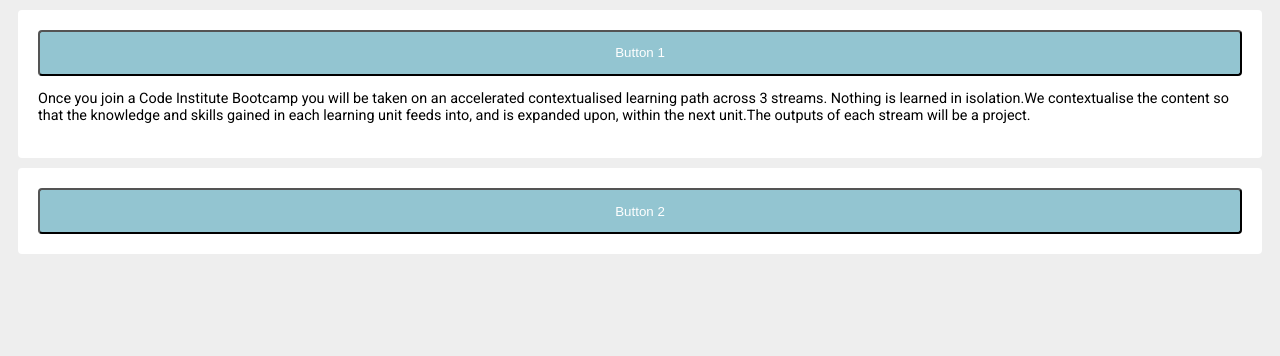
Repository: nitr-am/excersices-using-Jquery
Page: button.html
The author's editor kept a record of every edit. The page is drawn from the files as they stood at one moment, then again after the next edit.
The browser window is 1280 px wide. The pictures show the whole page.
After loading, the first visible `#button_unique2` was clicked once.
Some web libraries are served in a nearby version.

Above is the page before.

### button.html
<!doctype html>
<html lang="en">
<head>
	<meta charset="utf-8">
	<meta name="viewport" content="width=device-width, initial-scale=1">
	<title>jQuery</title>
	<link href="style.css" rel="stylesheet">
	<link href="https://fonts.googleapis.com/css?family=Roboto&display=swap" rel="stylesheet"><link href="https://fonts.googleapis.com/css?family=Dosis|Roboto&display=swap" rel="stylesheet">
</head>
<body>
	<div class="container">
		<div class='card'>
			<button id='button_unique'  class="bottom_button makeRed">Button 1</button>
			<p id='para1' class="card_para">Once you join a Code Institute Bootcamp you will be taken on an accelerated contextualised learning path across 3 streams. Nothing is learned in isolation.We contextualise the content so that the knowledge and skills gained in each learning unit feeds into, and is expanded upon, within the next unit.The outputs of each stream will be a project. </p>
		</div>
	</div>
	<div class="container">
		<div class='card'>
			<button id='button_unique2'  class="bottom_button makeRed">Button 2</button>
			<p id='para12' class="card_para">Lorem ipsum dolor sit amet, consectetur adipisicing elit. Eum natus ut saepe impedit, aut enim, mollitia quam reiciendis, voluptate sint magni suscipit exercitationem voluptatem minus animi placeat at inventore excepturi illum! Nulla, magnam tenetur fugiat quisquam reiciendis, nesciunt non impedit id totam, dignissimos sint debitis amet numquam maxime itaque quaerat!</p>
		</div>
	</div>
	<script src="https://code.jquery.com/jquery-3.2.1.js"
	integrity="sha256-DZAnKJ/6XZ9si04Hgrsxu/8s717jcIzLy3oi35EouyE="
	crossorigin="anonymous"></script>
	<script src="script.js"></script> <!-- Scripts located at the bottom of the body to insure page is fully loaded before execution -->

</body>
</html>

### style.css
body{
	font-family: 'Roboto', sans-serif;
	/*background-image: url(img/code-institute.jpg);
 	background-size: cover;
 	color: #ffffff;*/
 	background-color: #eee;
}

.bg_color {
	background-color: #000;
}

h1{
	font-size: 3em;
	text-align: center;
}
h2{
	font-size: 1em;
	text-align: left;
}
p{
	font-size: .9rem;
}

div{
	border-radius: 4px;
}

.card_image{
	width: 100%;
}
.bottom_button{
	display: flex;
	box-sizing:border-box;
	border-radius: 4px;
	display: block;
	width: 100%;
	background-color:rgba(129, 187, 201,.85);
	text-align: center;
	padding: 1em .75em;
	text-decoration: none;
	color: #fff;

}

.card_bottom{
	display: flex;
	flex-flow:column;
}
.card_head{
	flex:0;
}
.card_para{
	flex:1 0 auto;
}

#container
{
	display: flex;		/* makes container a flexbox*/
	flex-flow: row wrap; 	/* layout the boxes in rows and wrap them*/
	box-sizing:border-box;
	margin-right:auto;
	margin-left:auto;
	max-width:1050px;
}
#logo{
	width: 800px;
	margin: auto;
}

.card{
	flex:1; /* */
	display: flex;	/* make the contents controllable by flexbox*/
	flex-flow:column;	/* */
	min-width: 240px; /**/
	margin: 10px;
	padding: 20px;
	background-color: #fff;
}
.highlight_stream{
	background-color: #EB5255;
}

.highlight_text {
	color: blue;
}

.h2_color {
	background-color: lightblue;
}

.h2_size {
	font-size: 2em;
}

#my_footer{
	width:100%;
	text-align: center;
}
#copyright{
	margin-top:10px;
	margin-bottom:10px;

}

/*************************
Navigation

**************************/

nav{
	font-family: roboto;
	background-color: #eee;
	margin: 30px auto;
	width: 100%;
}
ul{
	display: flex;
	justify-content:space-between;
	flex-flow: row;
	/*flex-flow: row-reverse;*/
	/*justify-content:flex-end;*/
	/*justify-content:space-around;*/
	/*align-items:flex-start;*/
	align-items:baseline;
	border-radius: 10px;
	list-style-type: none; /*Remove Bullets*/
	padding: 0;
}
li{
	flex:1;
	height: 30px;
	/*width:10%;*/
	/*border:2px solid #000;*/
	/*background-color: #81BBC9;*/
	/*border-radius: 10px;*/
	font-family: Dosis;
	padding:20px 20px 20px 20px;
	text-align: center;
	font-size: 1.3em;
}

#logoNav{
	flex:6;
	text-align: left;
	font-size: 2em;
	font-weight: bold;
}

.underline{
  text-decoration:underline;
}
.border{
  border: solid 5px #ccc;
}


@media screen and (max-width: 700px){
	ul{
		flex-flow: column;
		align-items:center;
	}
	li{
		font-size: 2em;
	}
}

### script.js
$(document).ready(function() {

    $('p').click(function() {
        $('p').addClass('get_red')
    })
    $('h2').hover(function() {
        $('h2').addClass('bg_lightblue')
    })

    // Para que crezca el tamaño de la letra de solo el h2 que estoy tocando.
    // Se queda grande y no se vuelve a reducir su tamaño
    $('h2').hover(function(){
        $(this).addClass('h2_size');
    });

    // Now this willl change de bg_color to black when mouse enter,
    // and will add a new class when mouse leave, bg will turn grey.
    $('img').mouseover(function() {
        $('body').addClass('bg_color')
    })
    $('img').mouseleave(function() {
        $('body').addClass('bg_grey')
    })

    // This is for the "button.html"
    $('#button_unique').click(function() {
        $('#para1').slideToggle('slow', );
    })

    // Para que el boton cambie su transparencia. 0.5 y 1 son grados de transparencia.
    $('#button_unique').mouseenter(function() {
        $(this).fadeTo(2000,0.5);
    })
    $('#button_unique').mouseleave(function() {
        $(this).fadeTo(2000,1);
    })

    $('#button_unique2').click(function() {
        $('#para12').hide();
    })

    ////////////////// Para que cambe el bg color del h2
	$("h2").mouseenter(function(){
        $(this).addClass("h2_bg_color");
    });
	$("h2").mouseleave(function(){
        $(this).removeClass("h2_bg_color");
    });



 	$("#stream1_btn").on("click", function() {
 		$(".stream1").removeClass('highlight_stream');
		$(".stream2").removeClass('highlight_stream');
		$(".stream3").removeClass('highlight_stream');
	  	$(".stream1").addClass('highlight_stream');
	});
	$("#stream2_btn").on("click", function() {
		$(".stream1").removeClass('highlight_stream');
		$(".stream2").removeClass('highlight_stream');
		$(".stream3").removeClass('highlight_stream');
	  	$(".stream2").addClass('highlight_stream');
	});
	$("#stream3_btn").on("click", function() {
		$(".stream1").removeClass('highlight_stream');
		$(".stream2").removeClass('highlight_stream');
		$(".stream3").removeClass('highlight_stream');
	  	$(".stream3").addClass('highlight_stream');
	});
	$("ul").css("border", "5px solid red");
	$("ul li").css("color", "red");

/* ----------> Este es para cambiar el color del texto.
	$("p").click(function(){
      $("p").addClass("highlight_text");
    });
*/


/* -----------------> To change the size of the h2 when hovered
    $("#sz_html").hover(function() {
    	$("#sz_html").removeClass("h2_size");
    	$("#sz_mysql").removeClass("h2_size");
    	$("#sz_python").removeClass("h2_size");
    	$("#sz_jquery").removeClass("h2_size");
    	$("#sz_django").removeClass("h2_size");
    	$("#sz_css").removeClass("h2_size");
    	$("#sz_html").addClass("h2_size");
    });
    $("#sz_mysql").hover(function() {
    	$("#sz_html").removeClass("h2_size");
    	$("#sz_mysql").removeClass("h2_size");
    	$("#sz_python").removeClass("h2_size");
    	$("#sz_jquery").removeClass("h2_size");
    	$("#sz_django").removeClass("h2_size");
    	$("#sz_css").removeClass("h2_size");
    	$("#sz_mysql").addClass("h2_size");
    });
    $("#sz_python").hover(function() {
    	$("#sz_html").removeClass("h2_size");
    	$("#sz_mysql").removeClass("h2_size");
    	$("#sz_python").removeClass("h2_size");
    	$("#sz_jquery").removeClass("h2_size");
    	$("#sz_django").removeClass("h2_size");
    	$("#sz_css").removeClass("h2_size");
    	$("#sz_python").addClass("h2_size");
    });
    $("#sz_jquery").hover(function() {
    	$("#sz_html").removeClass("h2_size");
    	$("#sz_mysql").removeClass("h2_size");
    	$("#sz_python").removeClass("h2_size");
    	$("#sz_jquery").removeClass("h2_size");
    	$("#sz_django").removeClass("h2_size");
    	$("#sz_css").removeClass("h2_size");
    	$("#sz_jquery").addClass("h2_size");
    });
    $("#sz_django").hover(function() {
    	$("#sz_html").removeClass("h2_size");
    	$("#sz_mysql").removeClass("h2_size");
    	$("#sz_python").removeClass("h2_size");
    	$("#sz_jquery").removeClass("h2_size");
    	$("#sz_django").removeClass("h2_size");
    	$("#sz_css").removeClass("h2_size");
    	$("#sz_django").addClass("h2_size");
    });
    $("#sz_css").hover(function() {
    	$("#sz_html").removeClass("h2_size");
    	$("#sz_mysql").removeClass("h2_size");
    	$("#sz_python").removeClass("h2_size");
    	$("#sz_jquery").removeClass("h2_size");
    	$("#sz_django").removeClass("h2_size");
    	$("#sz_css").removeClass("h2_size");
    	$("#sz_css").addClass("h2_size");
    });
*/

// ---------> Este cambia el color de fondo fondo
 /*   $(".bottom_button").mouseenter(function() {
    	$("body").addClass("bg_color");
    });
    $(".bottom_button").mouseout(function() {
    	$("body").removeClass("bg_color");
    });
*/

 /* ////////////////////Para que cambie lucidez

    $("#button1").mouseenter(function() {
        $("#button1").fadeTo(1000, 0.5, )
    });
    $("#button1").mouseout(function() {
        $("#button1").fadeTo(1000, 1)
    });
*/

// ---------------- This one is to change the color of the buttons
    $("button").mouseenter(function() {
        $(this).removeClass("makeRed").addClass("makeBorder")
    });
    $("button").mouseout(function() {
        $(this).removeClass("makeBorder").addClass("makeRed")
    });

 // --------> Images and Buttons, to make the paragraph vanish
 //   $("#html_vanish").hide();
    $("#img3").click(function() {
       $("#html_vanish").slideToggle("slow", )
    })
    $("#button1").click(function() {
       $("#html_vanish").slideToggle("slow", )
    });

//   $("#mysql_vanish").hide();
    $("#img1").click(function() {
       $("#mysql_vanish").slideToggle("slow", )
    })
    $("#button2").click(function() {
       $("#mysql_vanish").slideToggle("slow", )
    });

//    $("#python_vanish").hide();
    $("#img2").click(function() {
       $("#python_vanish").slideToggle("slow", )
    })
    $("#button3").click(function() {
       $("#python_vanish").slideToggle("slow", )
    });

//    $("#jquery_vanish").hide();
    $("#img5").click(function() {
       $("#jquery_vanish").slideToggle("slow", )
    })
    $("#button4").click(function() {
       $("#jquery_vanish").slideToggle("slow", )
    });

//    $("#django_vanish").hide();
    $("#img4").click(function() {
       $("#django_vanish").slideToggle("slow", )
    })
    $("#button5").click(function() {
       $("#django_vanish").slideToggle("slow", )
    });

//    $("#css_vanish").hide();
    $("#img6").click(function() {
       $("#css_vanish").slideToggle("slow", )
    })
    $("#button6").click(function() {
       $("#css_vanish").slideToggle("slow", )
    });

// ----> Esto hara que todos los hiperviculos se resalten cuando pase el mouse por el texto
    $("p").mouseenter(function() {
        $(this).children("a").addClass("highlight")
    })
    $("p").mouseleave(function() {
        $(this).children("a").removeClass("highlight")
    })

// ------> The use of next
 /*   $("button").click(function() {
        $(this).prev().slideToggle(1000, )
    });
 */
    $(".card").click(function() { // esto me pinta o despunta el bk de cada cartilla
		$(this).toggleClass("highlight");
	});

     //let highlighted =  $(".card").toggleClass("highlight");
     $("#select_btn").click(function() { // esta opcion me desaarece las cartillas no pintadas (la opcion de arriba)
        $(".card:not(.highlight)").hide() // Las qe no esten pintadas las desaparece. :not(slector)
     })
     $("#all_btn").click(function() {
        $(".card").show() // esta me vuelve a mostrar todas todas.
     })




});

After the next edit:
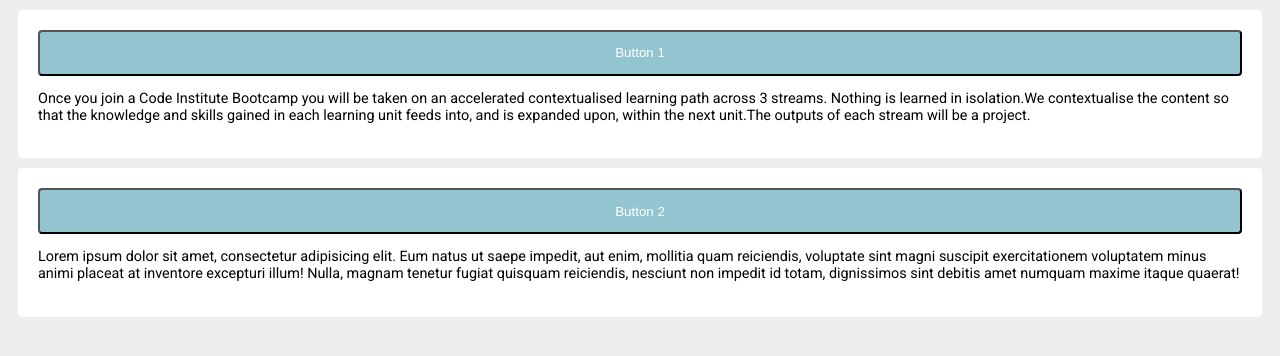
The edit:
--- a/script.js
+++ b/script.js
@@ -36,7 +36,7 @@
     })
 
     $('#button_unique2').click(function() {
-        $('#para12').hide();
+        $('#para12').hide('slow').show('slow');
     })
 
     ////////////////// Para que cambe el bg color del h2

After the 4 edits that followed:
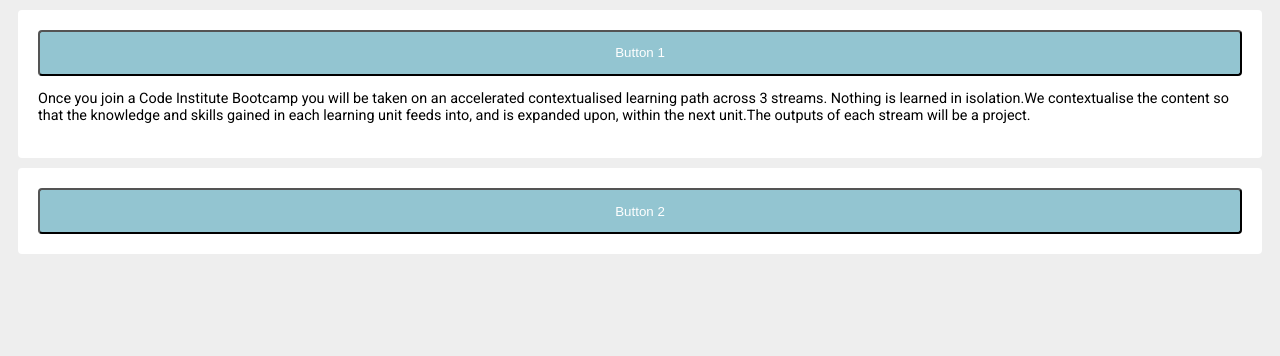
The 4 edits are shown as one change because 3 left the picture as it was.
The edit:
--- a/script.js
+++ b/script.js
@@ -35,8 +35,12 @@
         $(this).fadeTo(2000,1);
     })
 
+    // Para ocultar y mostrar el texto
     $('#button_unique2').click(function() {
-        $('#para12').hide('slow').show('slow');
+        $('#para12').fadeIn('slow');
+    })
+    $('#button_unique2').click(function() {
+        $('#para12').fadeOut('slow');
     })
 
     ////////////////// Para que cambe el bg color del h2
